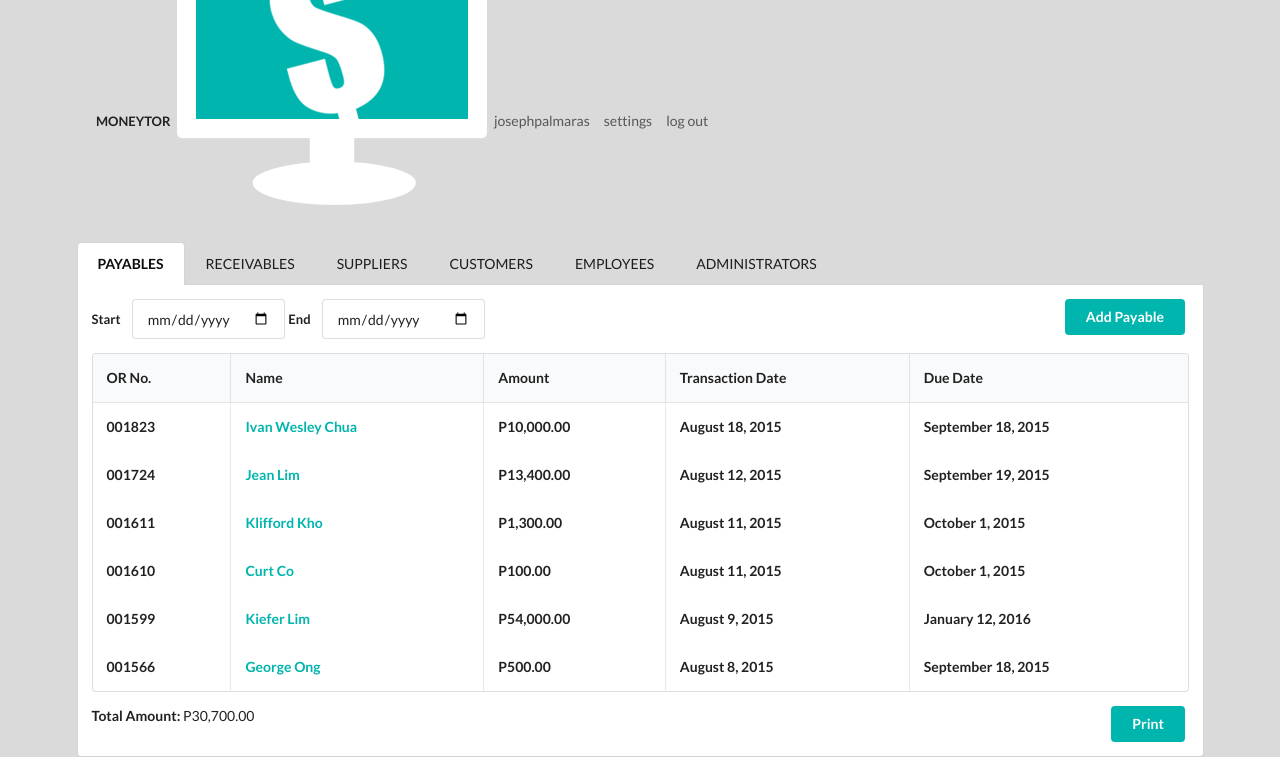
Repository: TV5/MoneyTor
Page: Workspace/MoneyTor/war/main.html
These files come from the project's save history. The page is drawn as it stood at one moment and after the next save; the edit follows.
The browser window is 1280 px wide. The pictures show the whole page.

Above is the page before, as saved 2015-08-18 16:12:10.

After the next save:
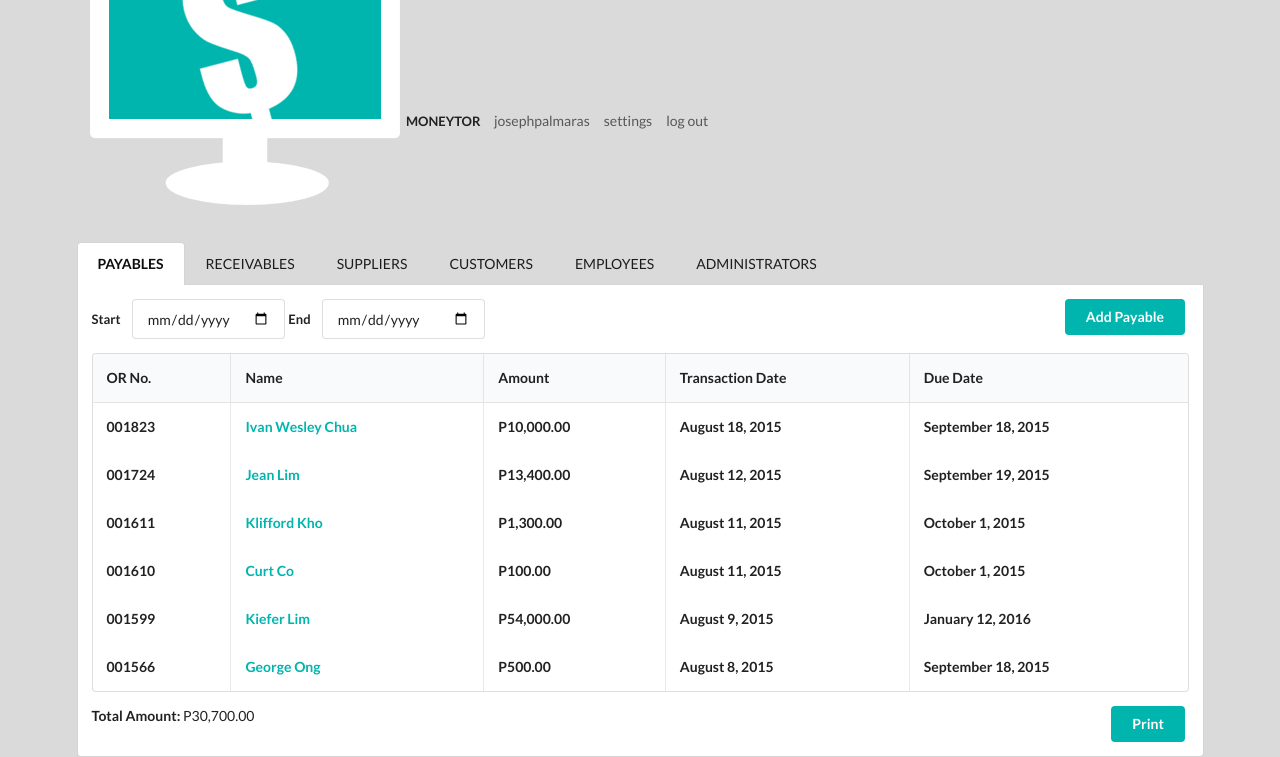
Saved 6 s later.
--- a/Workspace/MoneyTor/war/main.html
+++ b/Workspace/MoneyTor/war/main.html
@@ -66,8 +66,8 @@
 
 <div class="ui container">
 	<div class="ui text menu firstmenu" width="100%">
+	  <img src="assets/images/logo.png" class="image">
 	  <div class="header item">MONEYTOR </div>
-	  <img src="assets/images/logo.png" class="image">
 	  <a class="item">
 	    josephpalmaras
 	  </a>
